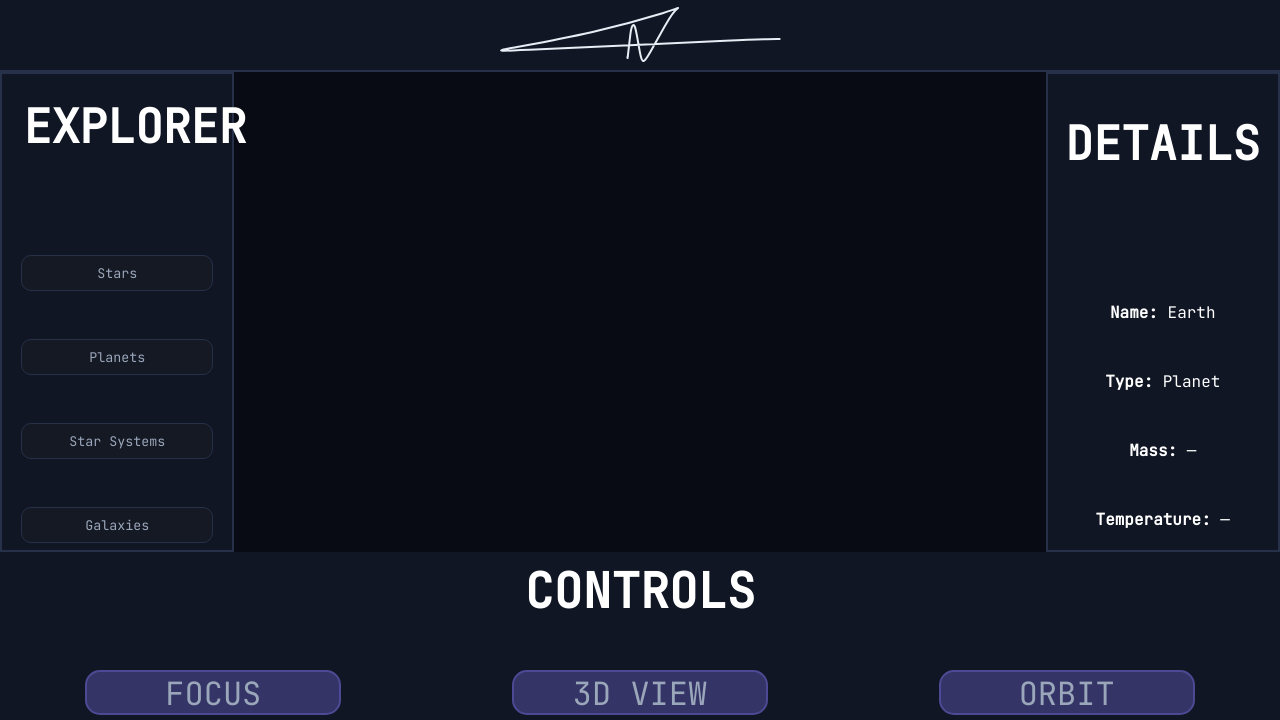
Repository: nico-madruga/Universe
Page: front-end/html/index.html
These files come from the project's save history. The page is drawn as it stood at one moment and after the next save; the edit follows.
The browser window is 1280 px wide. The pictures show the whole page.

Above is the page before, as saved 2026-09-29 21:09:33.

### front-end/html/index.html
<!DOCTYPE html>
<html lang="en">
<head>
    <meta charset="UTF-8">
    <meta name="viewport" content="width=device-width, initial-scale=1.0">
    <link href='https://fonts.googleapis.com/css?family=JetBrains Mono' rel='stylesheet'>
    <link rel="stylesheet" href="../css/style.css">
    <title>Universe</title>

    <link rel="stylesheet" href="../css/style.css">
</head>

<body>

    <header>
        <img src="/front-end/imgs/Vector 1.svg">
    </header>


    <main class="layout">

        <aside class="sidebar">

            <h2>EXPLORER</h2>

            <nav>
                <button id="stars-button" class="standard_button">Stars</button>
                <button id="planets-button" class="standard_button">Planets</button>
                <button id="systems-button" class="standard_button">Star Systems</button>
                <button id="galaxies-button" class="standard_button">Galaxies</button>
            </nav>

        </aside>

                <div class="star star-1"></div>
                <div class="star star-2"></div>
                <div class="star star-3"></div>

                <div class="planet"></div>

            <section class="object-info">

                <h2>DETAILS</h2>

                <div class="info-grid">

                    <p>
                        <strong>Name:</strong>
                        Earth
                    </p>

                    <p>
                        <strong>Type:</strong>
                        Planet
                    </p>

                    <p>
                        <strong>Mass:</strong>
                        —
                    </p>

                    <p>
                        <strong>Temperature:</strong>
                        —
                    </p>

                </div>

            </section>

        </section>

    </main>

    <section id="pop-up" class="pop-up">
        <div id="pop-up-content" class="pop-up-content">
            <h1>POP UP</h1>
        </div>
    </section>

    <footer class="controls">
        <h2>CONTROLS</h2>

        <div class="control-buttons">
            <button class="control-button">FOCUS</button>
            <button class="control-button">3D VIEW</button>
            <button class="control-button">ORBIT</button>
        </div>
    </footer>
<script src="/front-end/js/main.js"></script>
</body>
</html>

### front-end/css/style.css
:root
{
    --background-color: #101624;
    --backgroundf-color: #101624BF;
    --planet-background-color: #080B14;
    --button-color: #2222224D;
    --button-border-color-hovered: #222222;
    --button-color-hovered: #263149BF;
    --panels-color: #101624;
    --panel-borders-color: #263149;
    --main-text-color: #E8ECF4;
    --secondary-text-color: #9AA6BA;
    --primary-accent-color: #4CC9F0;
    --secondary-accent-color: #8B7CFF;
    --control-button-color: #8B7CFF4D;
    --control-button-border: #8B7CFF4D;
    --control-border-hover: #F1EFFF4D;
    --highlight-color: #A9E8FF;
}

*
{
 padding: 0;
 margin: 0;
 color: white;
 font-family: 'JetBrains Mono';
}

header
{
    display: flex;
    padding: 1vh 0;
    background-color: var(--background-color);
    flex-direction: row-reverse;
    justify-content: space-evenly;
    border-bottom: 2px solid var(--panel-borders-color);
}

header input
{
    align-self: center;
    height: 2rem;
}

body
{
    background-color: var(--background-color);
}

.layout
{
    display: flex;
    justify-content: space-between;
    background-color: var(--planet-background-color);
}

.layout .sidebar
{
    display: flex;
    flex-direction: column;
    text-align: center;
    width: 18vw;
    height: 66vh;
    border: 2px solid var(--panel-borders-color);
    background-color: var(--panels-color);
}

.sidebar h2
{
    padding: 3vh;
    font-size: 2.9rem;
    font-style: normal;
}

.sidebar nav
{
    display: flex;
    flex-direction: column;
    gap: 48px;
    padding-top: 4.8rem;
}

.standard_button
{
    align-self: center;
    width: 15vw;
    height: 5vh;
    background-color: var(--button-color);
    border: 1px solid var(--panel-borders-color);
    border-style: solid;
    color: var(--secondary-text-color);
    border-radius: 10px;
}

.standard_button:hover
{
    border: 1px solid var(--button-border-color-hovered);
    background-color: var(--button-color-hovered);
    color: var(--secondary-accent-color)
}

.content
{
    display: flex;
}

.content .space
{
    background-color: var(--planet-background-color);
    width: 100%;
}

.layout .object-info
{
    display: flex;
    flex-direction: column;
    padding-top: 2.4rem;
    text-align: center;
    gap: 48px;
    width: 18vw;
    border: 2px solid var(--panel-borders-color);
    background-color: var(--panels-color);
}

.layout .object-info h2
{
    font-size: 2.9rem;
}

.layout .object-info .info-grid
{
    display: flex;
    flex-direction: column;
    padding-top: 5rem;
    gap: 48px;
    color: var(--secondary-text-color);
}

.controls
{
    display: flex;
    flex-direction: column;
    gap: 3rem;
    text-align: center;
    padding-top: 1vh;
}

.controls h2
{
    font-size: 3rem;
}

.control-buttons
{
    display: flex;
    justify-content: space-around;
}

.control-button
{
    background-color: var(--control-button-color);
    border-style: solid;
    color: var(--secondary-text-color);
    font-size: 2rem;
    border-color: var(--control-button-border);
    width: 20vw;
    height: 3.5vw;
    border-radius: 15px;
}

.control-button:hover
{
    background-color: var(--secondary-accent-color);
    border-color: var(--control-border-hover);
    color: var(--button-color-hovered);
}

#pop-up
{
    display: none;
}

#pop-up.open
{
    display: block;
}

### front-end/js/main.js
const popup = document.querySelector("#pop-up")
const starButton = document.querySelector("#stars-button");

starButton.addEventListener("click", () => {
    popup.classList.add("open")
})

After the next save:
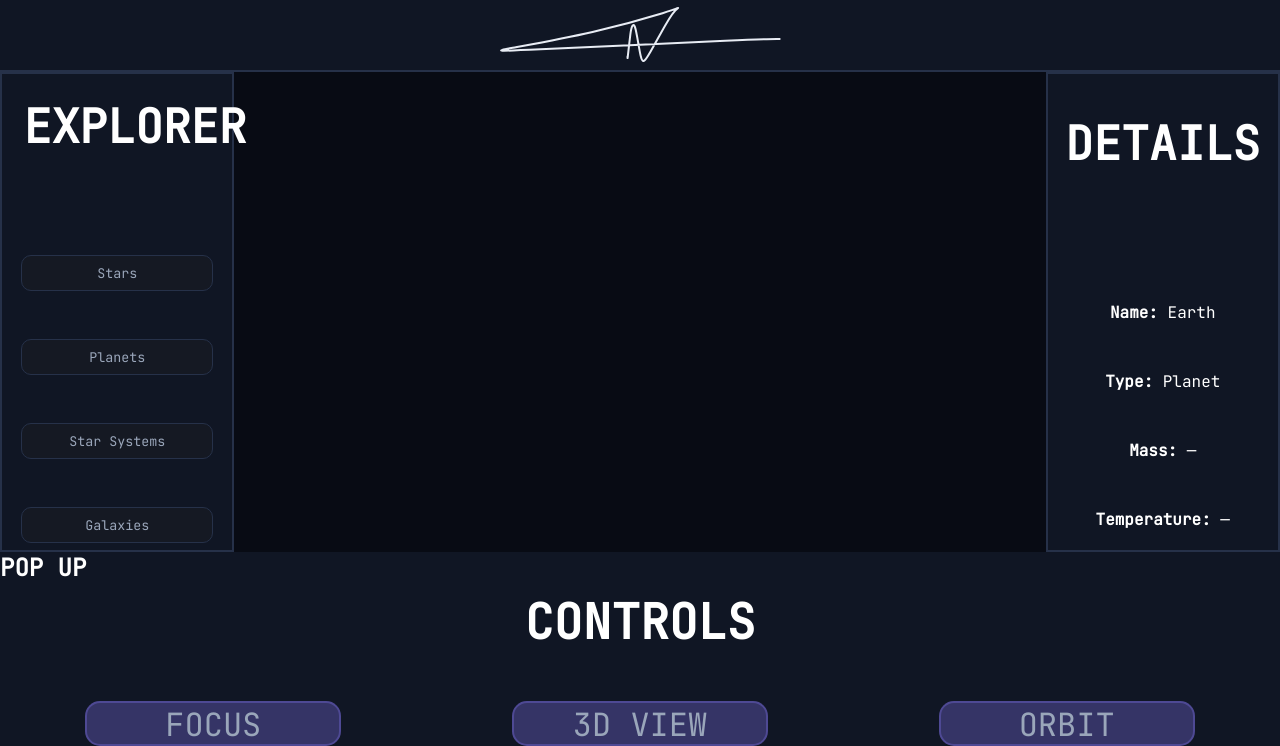
Saved 44 s later.
--- a/front-end/css/style.css
+++ b/front-end/css/style.css
@@ -177,7 +177,7 @@
 
 #pop-up
 {
-    display: none;
+    display: block;
 }
 
 #pop-up.open

After the 3 saves that followed:
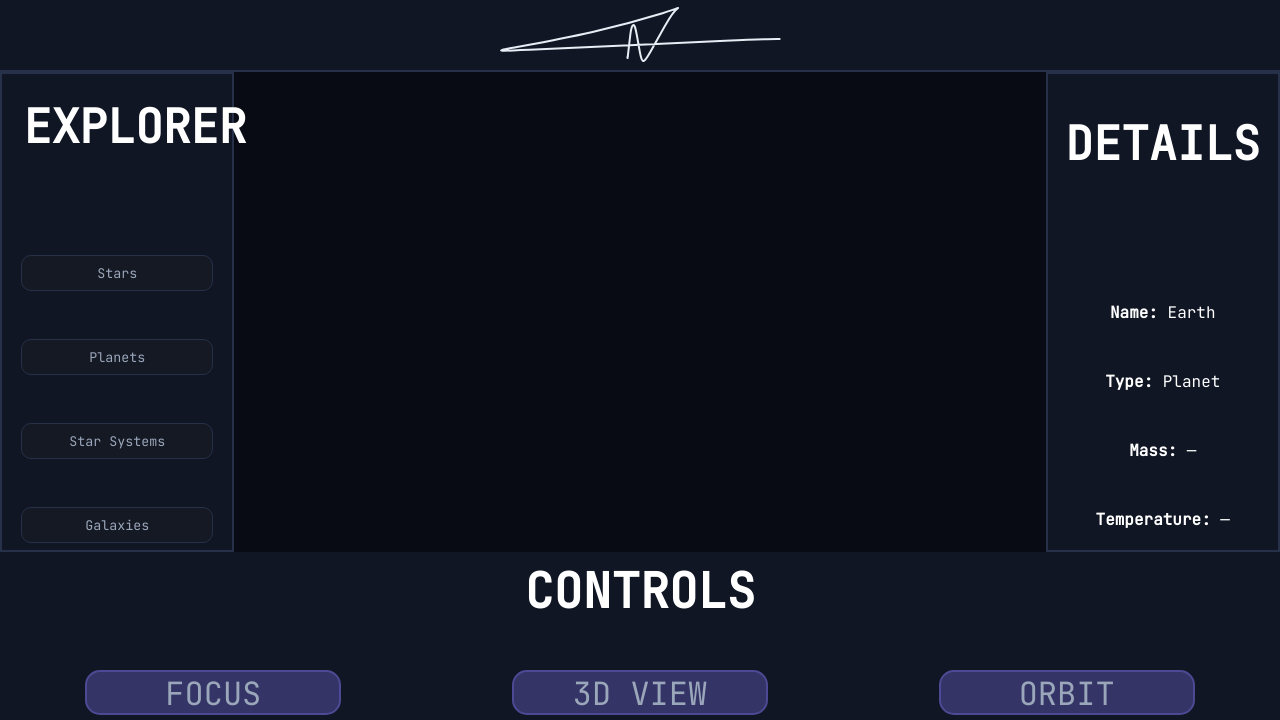
The 3 saves are shown as one change because 1 left the picture as it was and some came seconds apart.
The last was saved 42 s later.
--- a/front-end/css/style.css
+++ b/front-end/css/style.css
@@ -177,7 +177,7 @@
 
 #pop-up
 {
-    display: block;
+    display: none;
 }
 
 #pop-up.open
